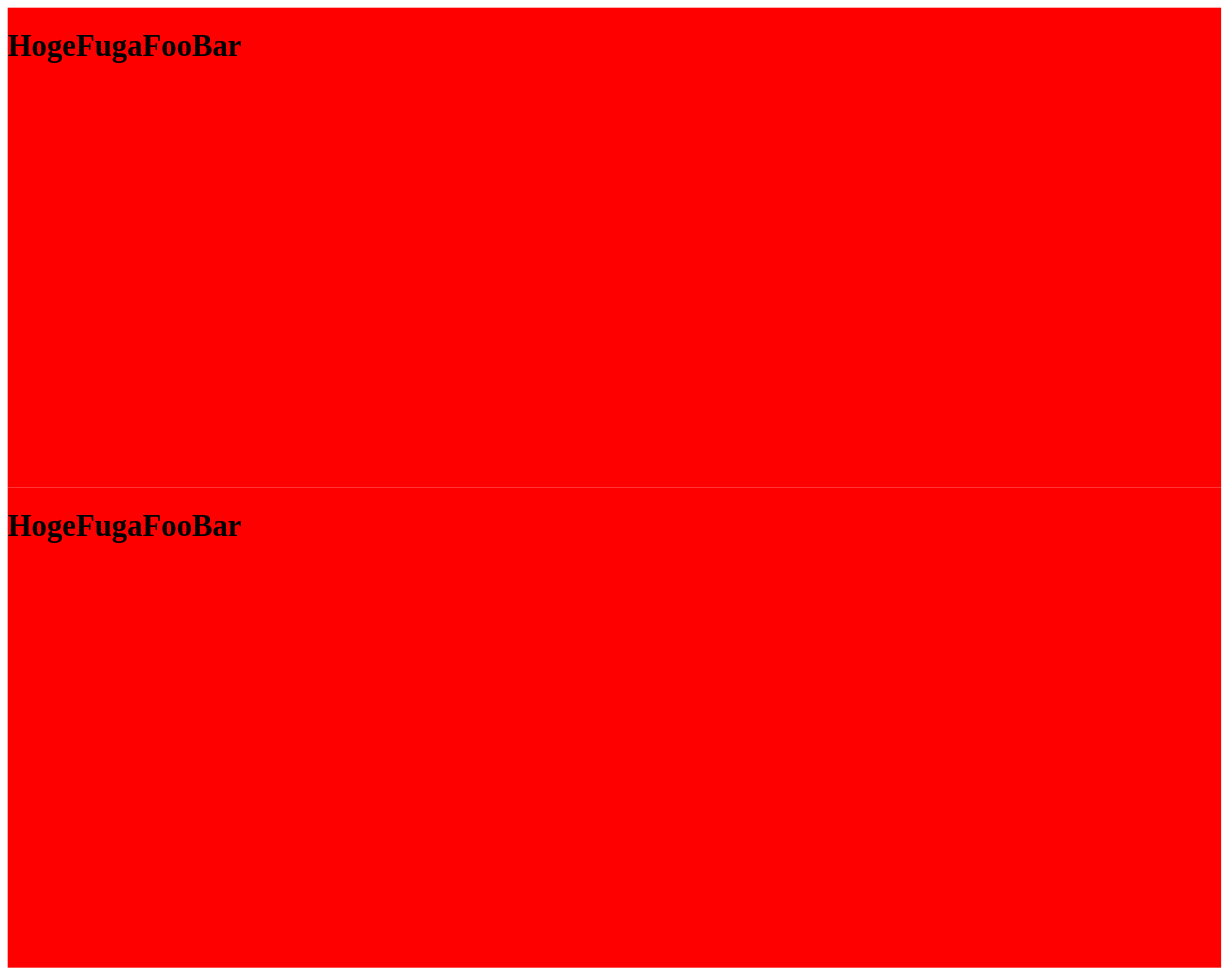
Repository: ag-fukuman/samurai_HTML-CSS
Page: about.html
The author's editor kept a record of every edit. The page is drawn from the files as they stood at one moment, then again after the next edit.
The browser window is 1280 px wide. The pictures show the whole page, at 96% of full size.

Above is the page before.

### about.html
<html lang="ja">
    <head>
        <style>
            .sort {
                display: flex;
                align-content: flex-start;
                background-color: red;
                height:500px;
            }
        </style>
    </head>
    <body>
        <div class="sort">
            <h1>Hoge</h1>
            <h1>Fuga</h1>
            <h1>Foo</h1>
            <h1>Bar</h1>
        </div>
        <div class="sort">
            <h1>Hoge</h1>
            <h1>Fuga</h1>
            <h1>Foo</h1>
            <h1>Bar</h1>
        </div>
    </body>
</html>

After the next edit:
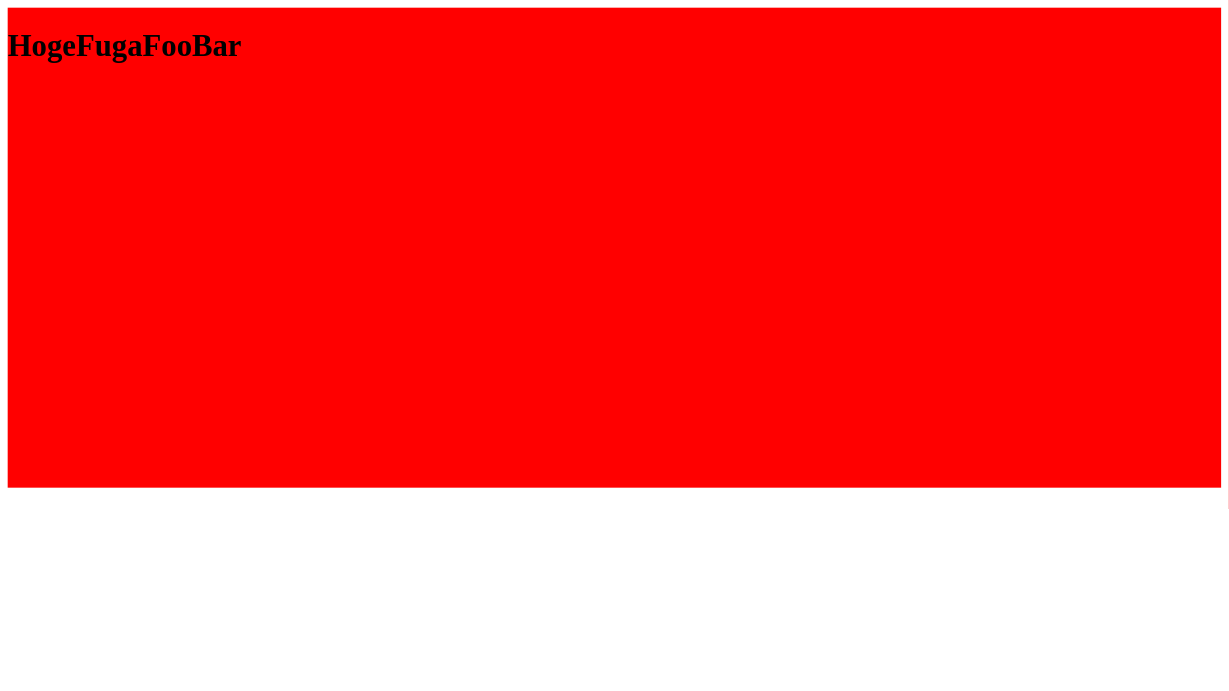
The edit:
--- a/about.html
+++ b/about.html
@@ -16,11 +16,5 @@
             <h1>Foo</h1>
             <h1>Bar</h1>
         </div>
-        <div class="sort">
-            <h1>Hoge</h1>
-            <h1>Fuga</h1>
-            <h1>Foo</h1>
-            <h1>Bar</h1>
-        </div>
     </body>
 </html>
